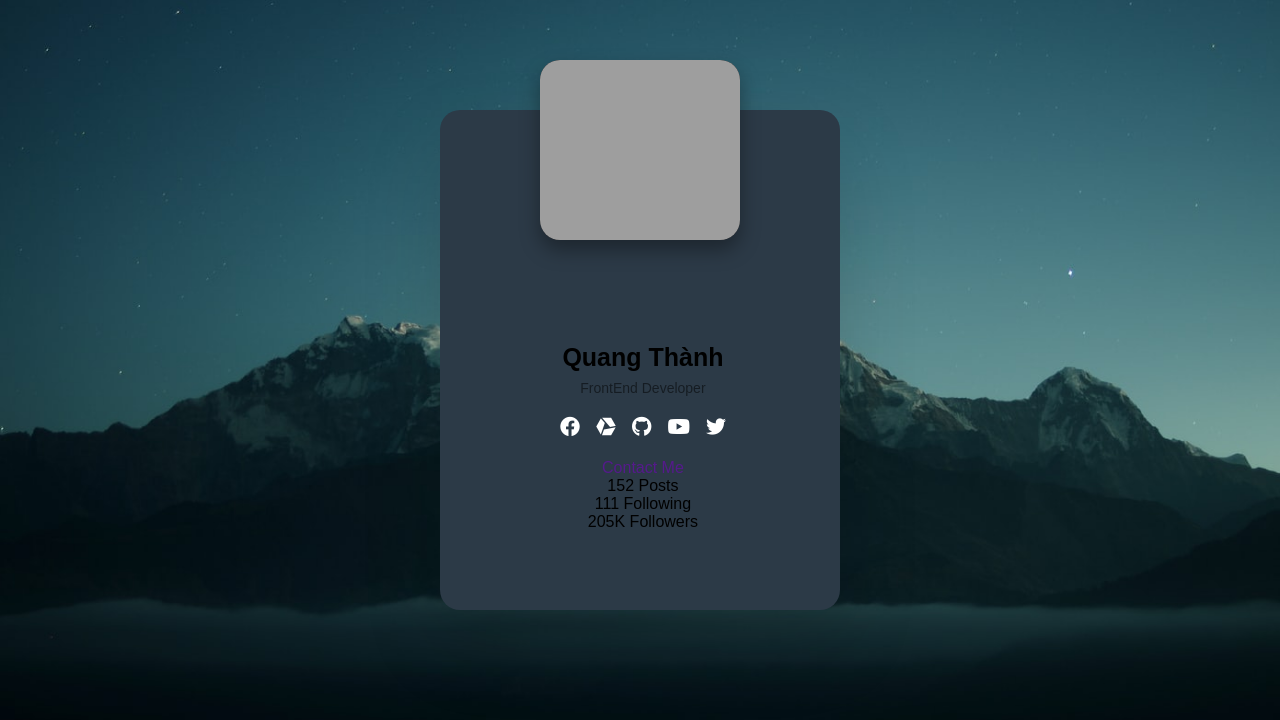
Repository: QuangThanh152/Profile-me
Page: index.html
These files come from the project's save history. The page is drawn as it stood at one moment and after the next save; the edit follows.
The browser window is 1280 px wide. The pictures show the whole page.
Pictures or frames that could not be fetched are drawn as grey boxes.

Above is the page before, as saved 2022-10-07 15:24:56.

### index.html
<!DOCTYPE html>
<html lang="en">
<head>
    <meta charset="UTF-8">
    <meta http-equiv="X-UA-Compatible" content="IE=edge">
    <meta name="viewport" content="width=device-width, initial-scale=1.0">
    <link rel="stylesheet" href="./accets/font/fontawesome-free-6.1.2-web/css/all.min.css">
    <link rel="stylesheet" href="./accets/main.css">
    <title>Profile-QT</title>
</head>
<body>
    <div class="card">
        <div class="card-header">
            <img src="./accets/img/IMG_20220202_135645.jpg" alt="" class="img-me">
        </div>
        <div class="content">
            <div class="name">Quang Thành</div>
            <div class="desc">FrontEnd Developer</div>
            <div class="SocialNetwork">
                <a href="" class="icon"><i class="fa-brands fa-facebook"></i></a>
                <a href="" class="icon"><i class="fa-brands fa-instalod"></i></i></a>
                <a href="" class="icon"><i class="fa-brands fa-github"></i></i></a>
                <a href="" class="icon"><i class="fa-brands fa-youtube"></i></i></a>
                <a href="" class="icon"><i class="fa-brands fa-twitter"></i></i></a>
            </div>
            <a href="" class="btn-contact">Contact Me</a>
            <div class="card-footer">
                <div class="number">
                    <div class="item">
                        <span>152</span>
                        Posts
                    </div>
                </div>
                <div class="number">
                    <div class="item">
                        <span>111</span>
                        Following
                    </div>
                </div>
                <div class="number">
                    <div class="item">
                        <span>205K</span>
                        Followers
                    </div>
                </div>
            </div>
        </div>
    </div>
</body>
</html>

### accets/main.css
* {
    padding: 0;
    margin: 0;
    box-sizing: border-box;
    font-family: 'Poppins', sans-serif;
    text-decoration: none;
}

body {
    min-height: 100vh;
    background: url(/accets/img/img-big.jpg) no-repeat center;
    background-size: cover;
    display: flex;
    justify-content: center;
    align-items: center;
}

.card {
    position: relative;
    width: 400px;
    /* height: 190px; */
    height: 500px;
    border-radius: 20px;
    background: #2c3a47;
    transition: 0.2s;
    box-shadow: 0 35px 80px rgba(0,0,0,0.15);
}
.card:hover {
    height: 500px;
}
.card-header {
    position: absolute;
    background: rgb(21, 19, 19);
    left: 50%;
    top: -50px;
    transform: translateX(-50%);
    width: 200px;
    height: 180px;
    border-radius: 20px;
    box-shadow: 0 10px 20px rgba(0,0,0,0.35);
    overflow: hidden;
    transition: 0.3s;
}
.card:hover .card-header {
    width: 250px;
    height: 250px;
    transition: 0.2s;
}
.img-me {
    position: absolute;
    top: 0;
    left: 0;
    width: 100%;
    height: 100%;
    object-fit: cover;
}
.content {
    position: absolute;
    top: 45%;
    text-align: center;
    align-items: center;
    left: 28%;
}
.name {
    font-size: 25px;
    font-weight: 600;
    padding: 8px;
}
.desc {
    font-size: 14px;
    opacity: .5;
    padding: 0 0 20px 0;
    /* color: #e66767; */
}
.SocialNetwork {
    display: flex;
    justify-content: center;
    margin: 0 0 20px 0;
}
.SocialNetwork a{
    font-size: 20px;
    color: white;
    padding: 0 8px 0;
}

Loaded but not shown: accets/font/fontawesome-free-6.1.2-web/css/all.min.css (library)

After the next save:
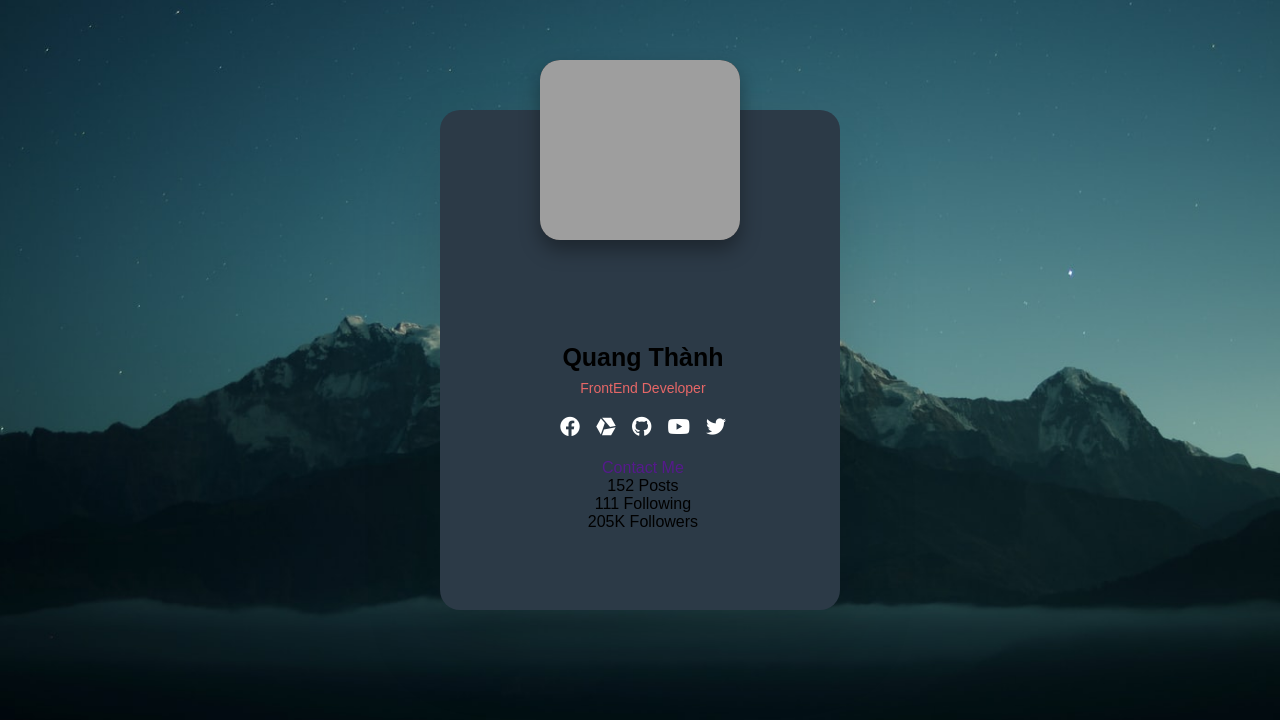
Saved 19 s later.
--- a/accets/main.css
+++ b/accets/main.css
@@ -68,9 +68,8 @@ body {
 }
 .desc {
     font-size: 14px;
-    opacity: .5;
     padding: 0 0 20px 0;
-    /* color: #e66767; */
+    color: #e66767;
 }
 .SocialNetwork {
     display: flex;
